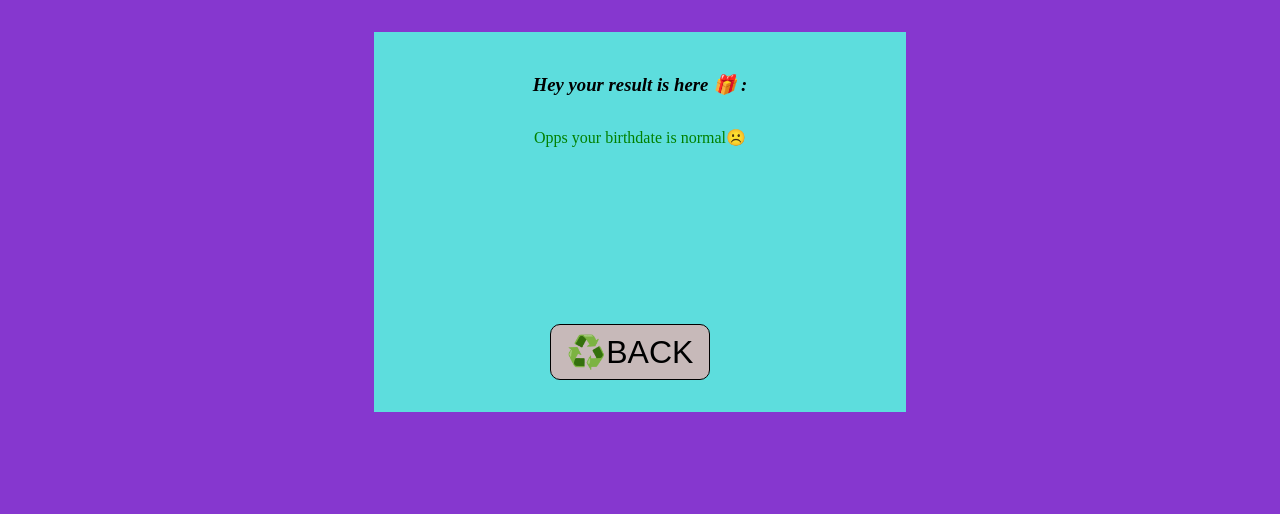
Repository: patelamancode/Lucky-Birthday-App
Page: index.html
An editor plug-in stored every save of this project. The page is shown before and after the next save, followed by the edit.
The browser window is 1280 px wide. The pictures show the whole page.
Empty fields were first filled with sample values (such as "Sample", 5 or name@example.com).
After loading, the first visible `#check-btn` was clicked once.

Above is the page before, as saved 2022-11-23 16:06:59.
Console error: ReferenceError: value is not defined

### index.html
<!DOCTYPE html>
<html lang="en">

<head>
    <meta charset="UTF-8">
    <meta http-equiv="X-UA-Compatible" content="IE=edge">
    <meta name="viewport" content="width=device-width, initial-scale=1.0">
    <link rel="stylesheet" href="index.css">
    <title>Is your birthday lucky</title>
</head>

<body>
    <div id="main-container">
        <h1 class="app-title">Is Your Birthday Lucky? 🤷‍♂️</h1>
        <label for="date-of-birth" class="dob">Date Of Birth :</label>
        <input type="date" id="selected-dob">
        <label for="lucky-number" class="favourite-number">Choose Your Lucky Number :</label>
        <input type="number" class="user-number" placeholder="Number upto 10">
        <button id="check-btn">CHECK</button>
    </div>
    <div id="graphic-container">
        <h3 id="result-heading">Hey your result is here 🎁 :</h3>
        <p id="final-result"></p>
        <button id="back-btn">♻️BACK</button>
    </div>
    <script src="index.js"></script>
</body>

</html>

### index.css
* {
  margin: 0;
  padding: 0;
}
body {
  background-color: rgb(134, 55, 207);
}

#main-container {
  display: flex;
  flex-direction: column;
  width: 40vw;
  margin: auto;
  margin-top: 2rem;
  padding: 10px;
  text-align: center;
}

.app-title {
  margin: 2rem 0;
}
label {
  width: auto;
  text-align: left;
  margin-top: 2rem;
  margin-bottom: 0.5rem;
}
input{
   padding: 1rem;
}
button {
  margin: auto;
  margin-top: 2.5rem;
  width: 30%;
  padding: 1rem;
  font-size: 2rem;
  font-weight: 500;
   font-weight: 300;
  border: 1px solid;
  background-color: rgb(177, 110, 240);
  border-radius: 10px;
}

/* change in display to flex from none */
#graphic-container {
  display: none;
  flex-direction: column;
  width: 40vw;
  height: 50vh;
  margin: auto;
  margin-top: 2rem;
  padding: 10px;
  text-align: center;
  background-color: rgb(93, 221, 221);
  position: relative;
}
#result-heading {
  font-style: italic;
  margin-top: 2rem;
}

#final-result {
  margin: 2rem;
  color: green;
  font-family: fantasy, papyrus;
}

#back-btn {
   padding: 0.5rem;
  position: absolute;
  bottom: 2rem;
  left: 11rem;
  background-color: rgb(199, 185, 185);
}

### index.js
const checkButton = document.querySelector('#check-btn');
const appContent = document.querySelector('#main-container');
const userBirthDate = document.querySelector('#selected-dob');
const luckyNumber = document.querySelector('.user-number');
const graphicDisplay = document.querySelector('#graphic-container');
const backButton = document.querySelector('#back-btn');
const result = document.querySelector('#final-result');


function showResult() {
    hideContent();
    graphicDisplay.style.display = "flex";
};

function hideContent() {
    appContent.style.display = "none";
};

function specialDateIs() {
    console.log(userBirthDate.value)
    let value = userBirthDate.value.split("-");
    var sum = 0;
    for (let i = 0; i < value.length; i++) {
        sum += parseInt(value[i]);
    }
    if (sum % luckyNumber.value == 0) {
        result.innerText = "you have a special birthdate 🎇🤗🎉";
    } else result.innerText = "Opps your birthdate is normal☹️";

};

checkButton.addEventListener('click', function () {
    specialDateIs();
    showResult();
    console.log(value);
});

backButton.addEventListener('click', function () {
    appContent.style.display = "flex";
    graphicDisplay.style.display = "none"
    window.location.reload();
});

After the next save:
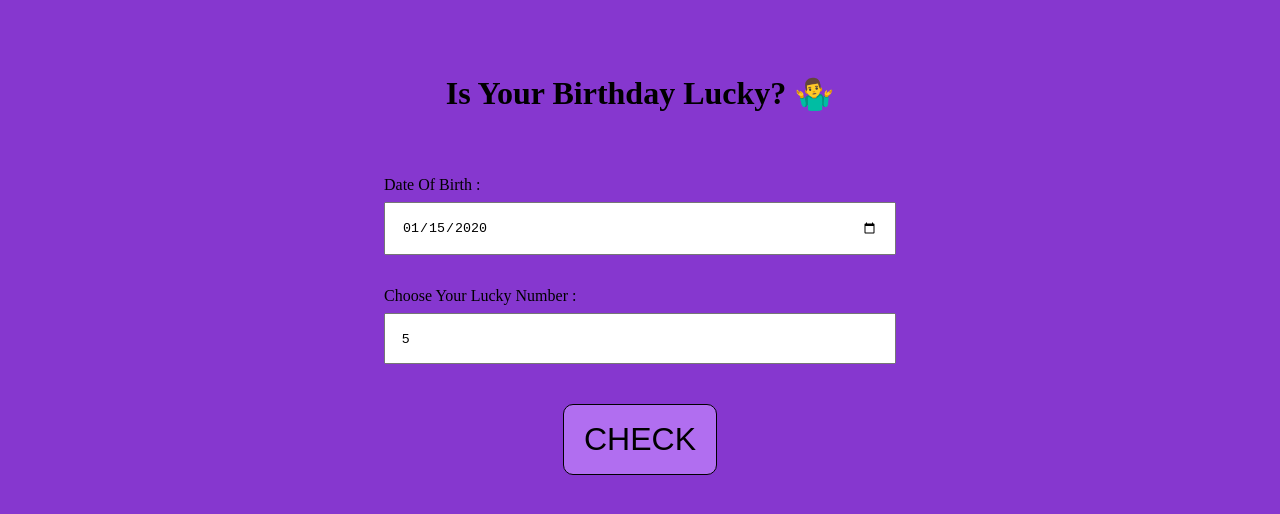
Console error: ReferenceError: typeOf is not defined
Saved 83 s later.
--- a/index.js
+++ b/index.js
@@ -17,7 +17,7 @@
 };
 
 function specialDateIs() {
-    console.log(userBirthDate.value)
+    console.log(typeOf(userBirthDate.value))
     let value = userBirthDate.value.split("-");
     var sum = 0;
     for (let i = 0; i < value.length; i++) {

After the save that followed:
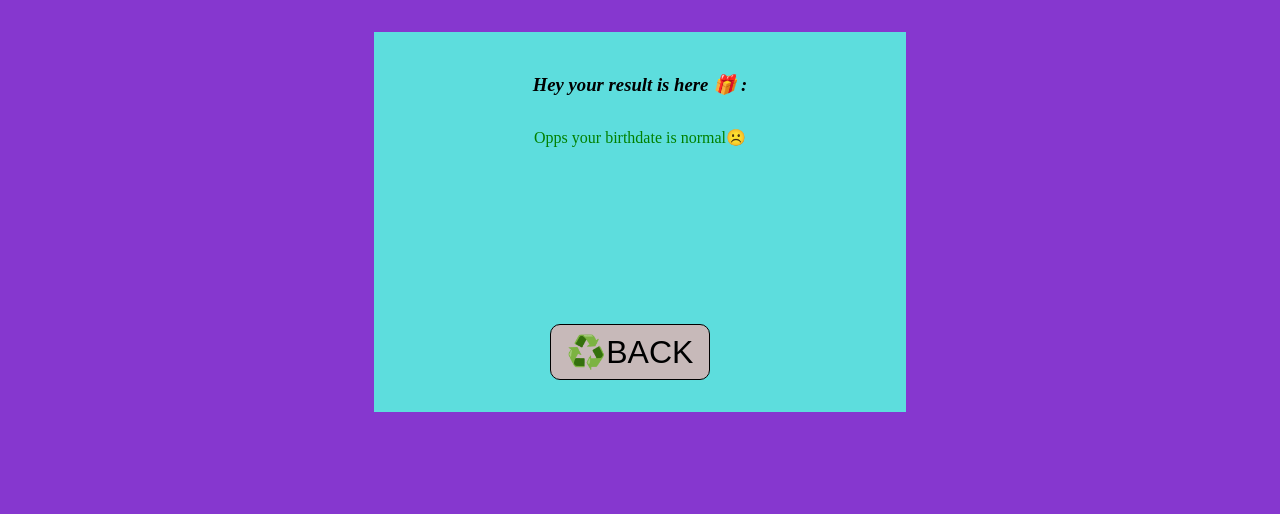
Console error: ReferenceError: value is not defined
Saved 26 s later.
--- a/index.js
+++ b/index.js
@@ -17,7 +17,7 @@
 };
 
 function specialDateIs() {
-    console.log(typeOf(userBirthDate.value))
+    console.log(typeof(userBirthDate.value))
     let value = userBirthDate.value.split("-");
     var sum = 0;
     for (let i = 0; i < value.length; i++) {
